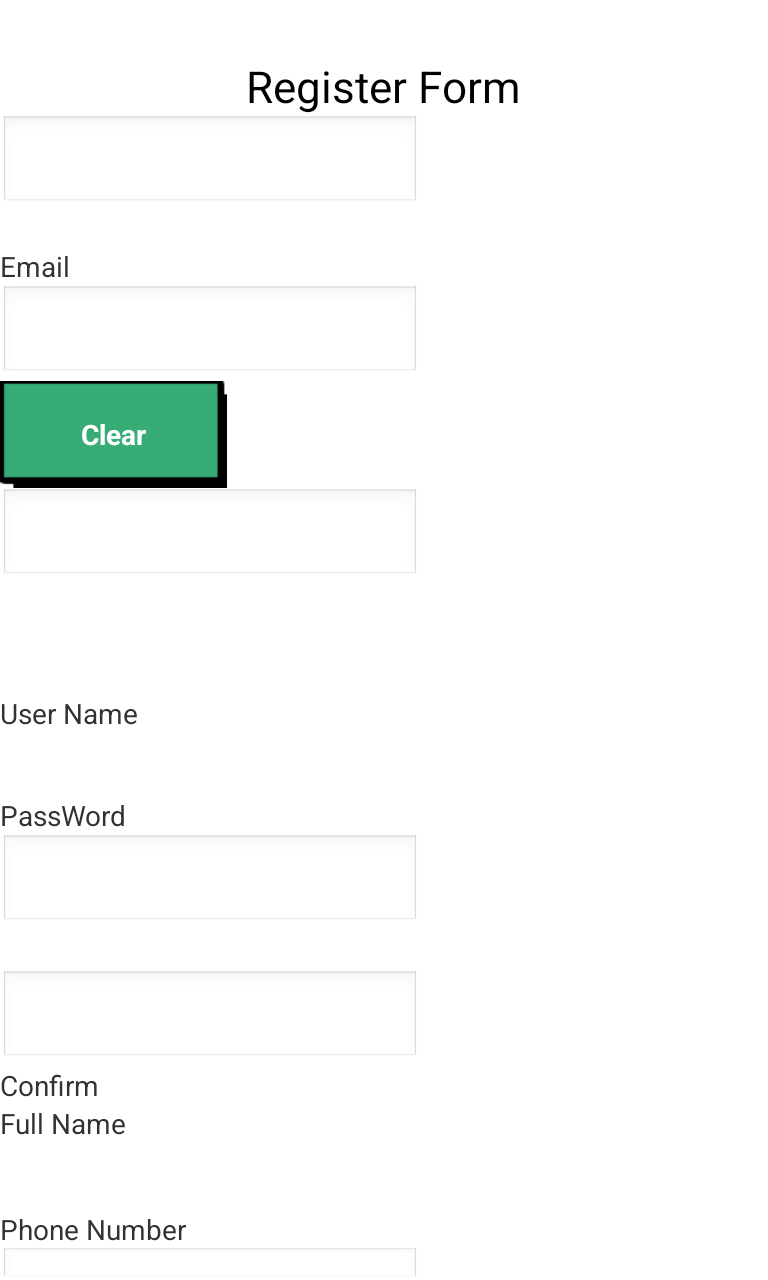
Repository: VanThi/Smart_Order
Layout: Project OS/Project_SO/res/layout/activity_register.xml
These files come from the project's save history. The layout is drawn as it stood at one moment and after the next save; the edit follows.
It is drawn on a 768 x 1280 px phone screen (xhdpi) without system bars, with theme android:Theme.Light.NoTitleBar.Fullscreen; the app's code is not run.

Above is the layout before, as saved 2013-11-09 11:33:18.

### Project OS/Project_SO/res/layout/activity_register.xml
<?xml version="1.0" encoding="utf-8"?>
<LinearLayout xmlns:android="http://schemas.android.com/apk/res/android"
    android:layout_width="match_parent"
    android:layout_height="match_parent"
    android:orientation="vertical" >


    <TextView
        android:id="@+id/registerForm"
        android:layout_width="wrap_content"
        android:layout_height="wrap_content"
        android:layout_marginTop="28dp"
        android:layout_gravity="center"
        android:text="@string/registerForm"
        android:textAppearance="?android:attr/textAppearanceLarge" />

    <EditText
        android:id="@+id/et_userName"
        android:layout_width="wrap_content"
        android:layout_height="wrap_content"
        android:layout_alignBaseline="@+id/tv_userName"
        android:layout_alignBottom="@+id/tv_userName"
        android:layout_toRightOf="@+id/tv_phoneNumber"
        android:ems="10"
        android:inputType="text" />

    <TextView
        android:id="@+id/tv_email"
        android:layout_width="wrap_content"
        android:layout_height="wrap_content"
        android:layout_alignParentLeft="true"
        android:layout_below="@+id/et_fullname"
        android:layout_marginTop="18dp"
        android:ems="8"
        android:text="@string/email" />

    <EditText
        android:id="@+id/et_email"
        android:layout_width="wrap_content"
        android:layout_height="wrap_content"
        android:layout_alignBaseline="@+id/tv_email"
        android:layout_alignBottom="@+id/tv_email"
        android:layout_alignLeft="@+id/et_fullname"
        android:ems="10"
        android:inputType="textEmailAddress" />

    <Button
        android:id="@+id/clear"
        android:layout_width="wrap_content"
        android:layout_height="wrap_content"
        android:layout_alignBottom="@+id/save"
        android:layout_alignRight="@+id/et_email"
        style="@style/Button"
        android:text="@string/clear" />

    <EditText
        android:id="@+id/et_fullname"
        android:layout_width="wrap_content"
        android:layout_height="wrap_content"
        android:layout_alignLeft="@+id/et_comfrim"
        android:layout_below="@+id/et_comfrim"
        android:ems="10"
        android:inputType="text" />

    <TextView
        android:id="@+id/tv_userName"
        android:layout_width="wrap_content"
        android:layout_height="wrap_content"
        android:layout_alignLeft="@+id/tv_fullName"
        android:layout_below="@+id/registerForm"
        android:layout_marginTop="55dp"
        android:ems="8"
        android:text="@string/userName" />

    <TextView
        android:id="@+id/tv_pass"
        android:layout_width="wrap_content"
        android:layout_height="wrap_content"
        android:layout_alignParentLeft="true"
        android:layout_below="@+id/et_userName"
        android:layout_marginTop="32dp"
        android:ems="8"
        android:text="@string/password" />

    <EditText
        android:id="@+id/et_password"
        android:layout_width="wrap_content"
        android:layout_height="wrap_content"
        android:layout_alignBaseline="@+id/tv_pass"
        android:layout_alignBottom="@+id/tv_pass"
        android:layout_alignLeft="@+id/et_userName"
        android:ems="10"
        android:inputType="textPassword" />

    <EditText
        android:id="@+id/et_comfrim"
        android:layout_width="wrap_content"
        android:layout_height="wrap_content"
        android:layout_alignLeft="@+id/et_password"
        android:layout_below="@+id/et_password"
        android:layout_marginTop="20dp"
        android:ems="10"
        android:inputType="textPassword" />

    <TextView
        android:id="@+id/confrim"
        android:layout_width="wrap_content"
        android:layout_height="wrap_content"
        android:layout_alignBaseline="@+id/et_comfrim"
        android:layout_alignBottom="@+id/et_comfrim"
        android:layout_alignParentLeft="true"
        android:text="@string/confirm" />

    <TextView
        android:id="@+id/tv_fullName"
        android:layout_width="wrap_content"
        android:layout_height="wrap_content"
        android:layout_alignBaseline="@+id/et_fullname"
        android:layout_alignBottom="@+id/et_fullname"
        android:layout_alignParentLeft="true"
        android:ems="8"
        android:text="@string/fullName" />

    <TextView
        android:id="@+id/tv_phoneNumber"
        android:layout_width="wrap_content"
        android:layout_height="wrap_content"
        android:layout_alignParentLeft="true"
        android:layout_below="@+id/et_email"
        android:layout_marginTop="34dp"
        android:ems="8"
        android:text="@string/phoneNumber" />

    <EditText
        android:id="@+id/et_phoneNumber"
        android:layout_width="wrap_content"
        android:layout_height="wrap_content"
        android:layout_alignBaseline="@+id/tv_phoneNumber"
        android:layout_alignBottom="@+id/tv_phoneNumber"
        android:layout_toRightOf="@+id/tv_phoneNumber"
        android:inputType="phone"
        android:ems="10" />

    <EditText
        android:id="@+id/et_address"
        android:layout_width="wrap_content"
        android:layout_height="wrap_content"
        android:layout_below="@+id/et_phoneNumber"
        android:layout_marginTop="18dp"
        android:layout_toRightOf="@+id/tv_phoneNumber"
        android:inputType="text"
        android:ems="10" />

    <TextView
        android:id="@+id/tv_address"
        android:layout_width="wrap_content"
        android:layout_height="wrap_content"
        android:layout_alignBaseline="@+id/et_address"
        android:layout_alignBottom="@+id/et_address"
        android:layout_alignParentLeft="true"
        android:ems="8"
        android:text="@string/address" />

    <Button
        android:id="@+id/save"
        android:layout_width="wrap_content"
        android:layout_height="wrap_content"
        android:layout_below="@+id/et_address"
        android:layout_marginRight="16dp"
        android:layout_toLeftOf="@+id/clear"
        style="@style/Button"
        android:text="@string/save" />


</LinearLayout>

### Project OS/Project_SO/res/values/strings.xml
<?xml version="1.0" encoding="utf-8"?>
<resources>

    <string name="app_name">Smart Order</string>
    <string name="action_settings">Settings</string>
    <string name="hello_world">Hello world!</string>
    <string name="menu_item">Menu</string>
    <string name="configuration">View Info</string>
    <string name="viewOrder">View Order</string>
    <string name="logout">Logout</string>
    <string name="exit">Exit</string>
    <string name="userName">User Name</string>
    <string name="password">PassWord</string>
    <string name="address">Address</string>
    <string name="phoneNumber">Phone Number</string>
    <string name="email">Email</string>
    <string name="confirm">Confirm</string>
    <string name="fullName">Full Name</string>
    <string name="register">Have not a account?</string>
    <string name="login">Login</string>
    <string name="developer">CyberSoft Team 1</string>
    <string name="clear">Clear</string>
    <string name="update">Update</string>
    <string name="order">Order</string>
    <string name="save">Save</string>
    <string name="registerForm">Register Form</string>
	<string name="configurationForm">View Info</string>
	<string name="ok">OK</string>
	<string name="back">Back</string>
	<string name="inc">+</string>
	<string name="dec">-</string>

</resources>

### Project OS/Project_SO/res/values/styles.xml
<resources>

    <!--
        Base application theme, dependent on API level. This theme is replaced
        by AppBaseTheme from res/values-vXX/styles.xml on newer devices.
    -->
    <style name="AppBaseTheme" parent="android:Theme.Light">
        <!--
            Theme customizations available in newer API levels can go in
            res/values-vXX/styles.xml, while customizations related to
            backward-compatibility can go here.
        -->
    </style>

    <style name="NoActionBar" parent="@android:style/Theme.Holo.NoActionBar">
        <!-- Inherits the Holo theme with no action bar; no other styles needed. -->
    </style>

    <!-- Application theme. -->
    <style name="AppTheme" parent="AppBaseTheme">
        <!-- All customizations that are NOT specific to a particular API-level can go here. -->
    </style>

    <style name="HeaderBG">
        <item name="android:layout_width">fill_parent</item>
        <item name="android:layout_height">60dp</item>
        <item name="android:background">@drawable/header_bg</item>
        <item name="android:orientation">horizontal</item>
    </style>

    <style name="HeaderText">
        <item name="android:textColor">#FFFFFF</item>
        <item name="android:textSize">22sp</item>
        <item name="android:textStyle">bold</item>
        <item name="android:ellipsize">end</item>
        <item name="android:gravity">center</item>
        <item name="android:singleLine">true</item>
        <item name="android:text">@string/app_name</item>
    </style>

    <style name="Background">
        <item name="android:layout_width">fill_parent</item>
        <item name="android:layout_height">fill_parent</item>
        <item name="android:background">@color/background</item>
        <item name="android:orientation">vertical</item>
    </style>

    <style name="MENU">
        <item name="android:layout_width">fill_parent</item>
        <item name="android:layout_height">63dp</item>
        <item name="android:background">@drawable/menu_bg</item>
        <item name="android:gravity">center_vertical</item>
        <item name="android:padding">10dp</item>
        <item name="android:textColor">#FFFFFF</item>
        <item name="android:textSize">16sp</item>
    </style>

    <style name="TextDescription">
        <item name="android:textColor">@color/black</item>
        <item name="android:textSize">16sp</item>
        <item name="android:typeface">sans</item>
        <item name="android:textStyle">bold</item>
    </style>

    <style name="Text">
        <item name="android:textColor">@color/black</item>
        <item name="android:textSize">20sp</item>
        <item name="android:typeface">sans</item>
    </style>

    <style name="EditText">
        <item name="android:textColor">@color/black</item>
        <item name="android:textSize">14sp</item>
        <item name="android:typeface">sans</item>
        <item name="android:padding">5dp</item>
    </style>

    <style name="Button">
        <item name="android:padding">5dp</item>
        <item name="android:textStyle">bold</item>
        <item name="android:textColor">@color/white</item>
        <item name="android:textSize">14sp</item>
        <item name="android:background">@drawable/btn_bg</item>
        <item name="android:typeface">sans</item>
        <item name="android:layout_width">90dp</item>
        <item name="android:layout_height">40dp</item>
    </style>

    <style name="ButtonRight">
        <item name="android:padding">5dp</item>
        <item name="android:textStyle">bold</item>
        <item name="android:textColor">@color/white</item>
        <item name="android:textSize">14sp</item>
        <item name="android:background">@drawable/btn_bg</item>
        <item name="android:typeface">sans</item>
        <item name="android:layout_width">90dp</item>
        <item name="android:layout_height">40dp</item>
        <item name="android:layout_marginLeft">5dp</item>
    </style>

    <style name="CustomProgressBar" parent="android:Widget.ProgressBar.Horizontal">
        <item name="android:layout_width">200dp</item>
        <item name="android:layout_height">wrap_content</item>
        <item name="android:padding">5dp</item>
        <item name="android:layout_marginRight">10dp</item>
        <item name="android:indeterminateOnly">false</item>
        <item name="android:progressDrawable">@drawable/custom_progress_bar_horizontal</item>
        <item name="android:minHeight">10dip</item>
        <item name="android:maxHeight">20dip</item>
    </style>


</resources>

### Project OS/Project_SO/res/values/colors.xml
<?xml version="1.0" encoding="utf-8"?>
<resources>
	<color name="transparent">#00000000</color>
	<color name="menu_background">#C0C0C0</color>
	<color name="background">#ffffff</color>

	<!-- Process bar -->
	<color name="black">#000000</color>
	<color name="white">#ffffff</color>
	<color name="progressbar">#4b80ce</color>

</resources>

### Project OS/Project_SO/res/drawable/btn_bg.xml
<?xml version="1.0" encoding="utf-8"?>
<selector xmlns:android="http://schemas.android.com/apk/res/android">
    <item android:state_pressed="true"
          android:drawable="@drawable/btn_bg_selected" /> <!-- pressed -->
    <item android:state_focused="true"
          android:drawable="@drawable/btn_bg_selected" /> <!-- focused -->
    <item android:drawable="@drawable/btn_bg_normal" /> <!-- default -->
</selector>

After the next save:
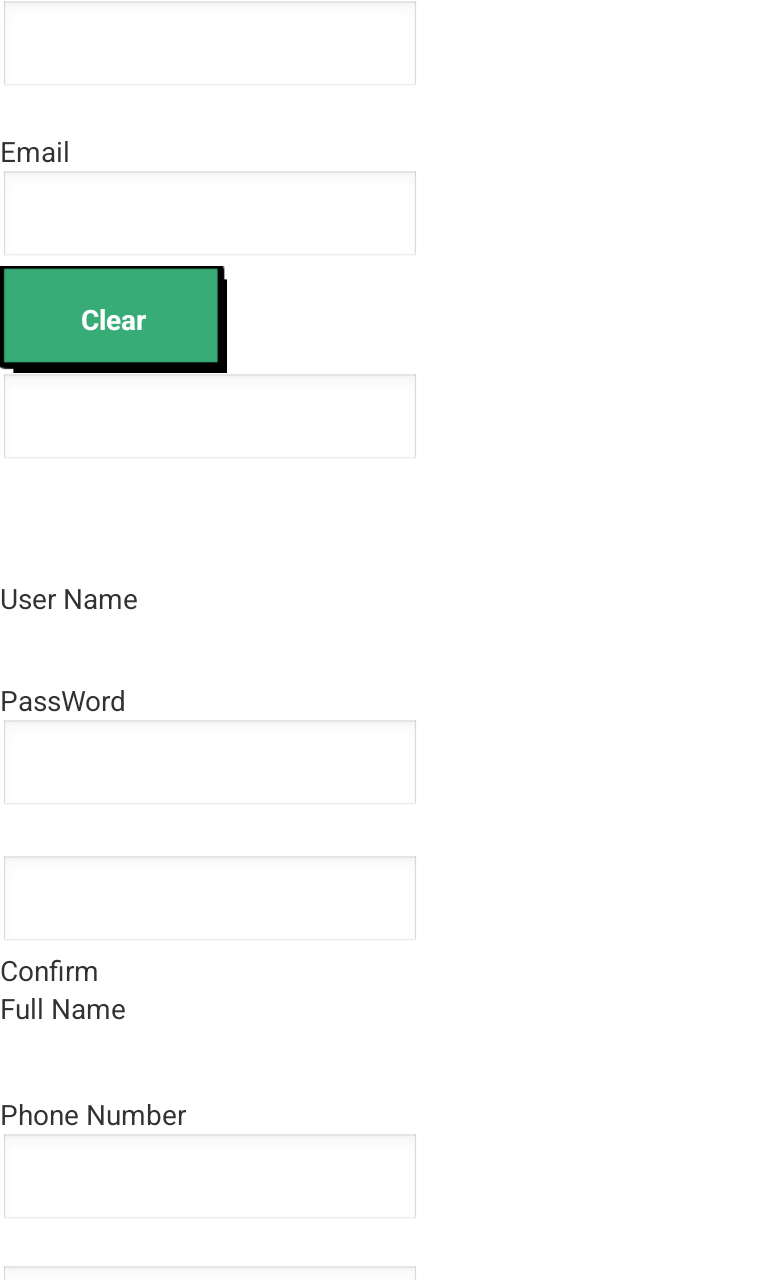
Saved 47 s later.
--- a/Project OS/Project_SO/res/layout/activity_register.xml
+++ b/Project OS/Project_SO/res/layout/activity_register.xml
@@ -4,13 +4,18 @@
     android:layout_height="match_parent"
     android:orientation="vertical" >
 
+    <TextView
+        android:layout_width="wrap_content"
+        android:layout_height="wrap_content"
+        android:layout_weight="1"
+        />
 
     <TextView
         android:id="@+id/registerForm"
         android:layout_width="wrap_content"
         android:layout_height="wrap_content"
-        android:layout_marginTop="28dp"
         android:layout_gravity="center"
+        android:layout_weight="1"
         android:text="@string/registerForm"
         android:textAppearance="?android:attr/textAppearanceLarge" />
 
